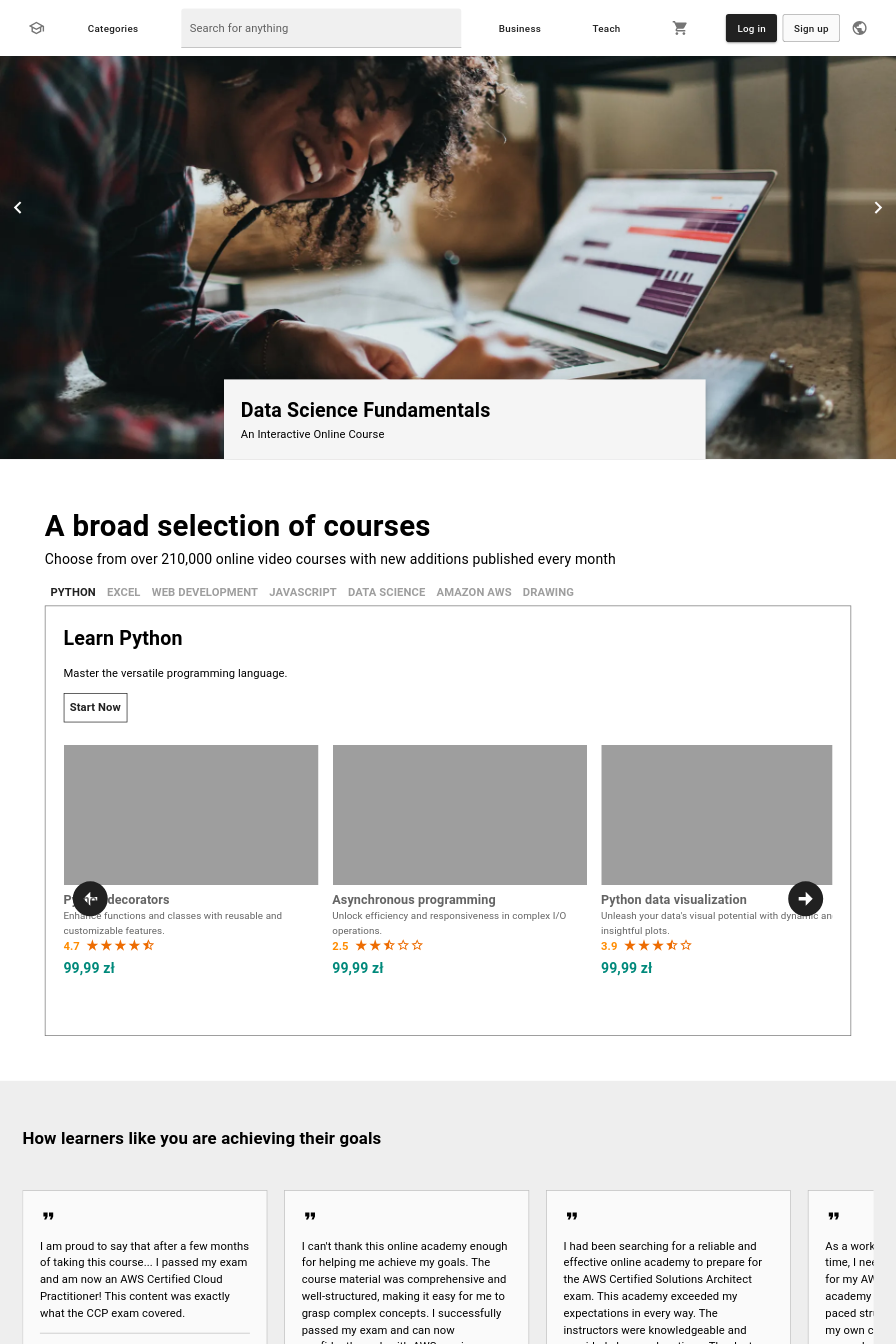
Repository: princ3-web/academy
Page: /
The author's editor kept a copy of each file at every save. The page is drawn from the files as they stood at one save, then again after a run of saves.
The browser window is 1280 px wide. The pictures show the part of the page from y = 0 to 1920 px (the page is 5458 px tall), at 70% of full size.
Pictures or frames that could not be fetched are drawn as grey boxes. The project was rebuilt for these pictures with package versions that can differ from the ones it lists, and the page was loaded fresh each time. Also part of the build but not shown: vite.config.js, src/pages/Courses.jsx, src/pages/Business.jsx, src/pages/Teach.jsx.

Above is the page before, as saved 2023-07-12 16:36:05.

### src/main.jsx
import React from "react";
import ReactDOM from "react-dom/client";
import App from "./App.jsx";
import "./index.css";
import { BrowserRouter } from "react-router-dom";


ReactDOM.createRoot(document.getElementById("root")).render(
  <React.StrictMode>
      <BrowserRouter>
        <App />
      </BrowserRouter>
  </React.StrictMode>
);

### src/App.jsx
import { useState } from "react";
import "./css/App.module.css";
import { Route, Routes } from "react-router-dom";
import Home from "./pages/Home";
import Courses from "./pages/Courses";
import Business from "./pages/Business";
import Teach from "./pages/Teach";
import Navbar from "./components/Navbar";
import Bottombar from "./components/Bottombar";
import { ThemeProvider, createTheme } from "@mui/material/styles";

const theme = createTheme({
  palette: {
    primary: {
      main: "rgba(100, 100, 100, 1)",
      light: "rgba(240, 240, 240, 1)",
      dark: "rgba(15, 15, 15, 1)",
    },
  },
});

function App() {
  return (
    <>
      <ThemeProvider theme={theme}>
        <Navbar />
        <Routes>
          <Route path="/" element={<Home />} />
          <Route path="/Courses" element={<Courses />} />
          <Route path="/Business" element={<Business />} />
          <Route path="/Teach" element={<Teach />} />
        </Routes>
        <Bottombar />
      </ThemeProvider>
    </>
  );
}

export default App;

### src/css/App.module.css
  @import url('https://fonts.googleapis.com/css2?family=Lato&display=swap');

  body{
    font-family: 'Lato', sans-serif;
    margin: 0;
    padding: 0;
    overflow-x: hidden;
  }

### src/components/Navbar.jsx
import React from "react";
import navbarStyles from "../css/Navbar.module.css";
import Button from "@mui/material/Button";
import IconButton from "@mui/material/IconButton";
import ShoppingCartIcon from "@mui/icons-material/ShoppingCart";
import PublicOutlinedIcon from "@mui/icons-material/PublicOutlined";
import SchoolOutlinedIcon from "@mui/icons-material/SchoolOutlined";
import { TextField, Box, Hidden } from "@mui/material";
import { grey } from "@mui/material/colors";
import MobileDrawer from "./MobileDrawer";

const Navbar = () => {
  return (
    <Box className={navbarStyles.navbar} px={4}>
      <MobileDrawer />
      <IconButton>
        <SchoolOutlinedIcon />
      </IconButton>
      <Hidden lgDown>
        <Button variant="text" sx={{ color: grey[900], textTransform: "none", mr: 1 }}>
          Categories
        </Button>
      </Hidden>
      <Hidden lgDown>
        <TextField
          id="standard-basic"
          label="Search for anything"
          variant="filled"
          sx={{ width: "400px" }}
        />
      </Hidden>
      <Hidden lgDown>
        <Button variant="text" sx={{ color: grey[900], textTransform: "none", mr: 1 }}>
          Business
        </Button>
        <Button variant="text" sx={{ color: grey[900], textTransform: "none", mr: 1 }}>
          Teach
        </Button>
      </Hidden>
      <IconButton>
        <ShoppingCartIcon />
      </IconButton>
      <Hidden lgDown>
        <div className={navbarStyles.buttons}>
          <Button
            variant="contained"
            sx={{ backgroundColor: grey[900], textTransform: "none", mr: 1 }}
          >
            Log in
          </Button>
          <Button
            variant="outlined"
            sx={{ backgroundColor: grey[50], textTransform: "none", color: grey[900], mr: 1 }}
          >
            Sign up
          </Button>
          <IconButton>
            <PublicOutlinedIcon />
          </IconButton>
        </div>
      </Hidden>
    </Box>
  );
};

export default Navbar;

### src/components/Bottombar.jsx
import React from "react";
import { Box } from "@mui/material";
import { grey } from "@mui/material/colors";
import { links } from "../data/links";
import { Typography } from "@mui/material";
import SchoolOutlinedIcon from "@mui/icons-material/SchoolOutlined";

const Bottombar = () => {
  return (
    <Box position={"relative"} px={4} py={4} height={"200px"} sx={{ backgroundColor: grey[900] }}>
      <Box sx={{ columnCount: 3, width: "50%" }}>
        <Box display={"flex"} flexDirection={"column"} flexWrap={"wrap"}>
          {links.map((item) => (
            <Typography color={grey[200]}>{item}</Typography>
          ))}
        </Box>
      </Box>
      <Box position={"absolute"} color={grey[200]} sx={{ left: 32, bottom: 15 }}>
        <SchoolOutlinedIcon />
      </Box>
      <Typography position={"absolute"} color={grey[200]} sx={{ right: 32, bottom: 15 }}>
        Academy© 2023
      </Typography>
    </Box>
  );
};

export default Bottombar;

### src/components/SingleCarousel.jsx
import React, { useState, useEffect } from "react";
import singleCarouselStyles from "../css/SingleCarousel.module.css";
import Image from "../components/Image";
import KeyboardArrowLeftIcon from "@mui/icons-material/KeyboardArrowLeft";
import KeyboardArrowRightIcon from "@mui/icons-material/KeyboardArrowRight";
import IconButton from "@mui/material/IconButton";
import Box from "@mui/material/Box";
import { grey } from "@mui/material/colors";
import Typography from "@mui/material/Typography";

const SingleCarousel = ({ images }) => {
  const [index, setIndex] = useState(0);
  const [transition, setTransition] = useState(false);
  const [hover, setHover] = useState(false);

  useEffect(() => {
    const interval = setInterval(() => {
      if (!hover) {
        setIndex((state) => (state === images.length - 1 ? 0 : state + 1));
      }
    }, 6000);

    return () => {
      clearInterval(interval);
    };
  }, [hover]);

  const handlePrevious = () => {
    if (!transition) {
      setTransition(true);
      setIndex((state) => (state > 0 ? setIndex(state - 1) : setIndex(images.length - 1)));
      setTimeout(() => setTransition(false), 500);
    }
  };

  const handleNext = () => {
    if (!transition) {
      setTransition(true);
      setIndex((state) => (state < images.length - 1 ? setIndex(state + 1) : setIndex(0)));
      setTimeout(() => setTransition(false), 500);
    }
  };

  return (
    <Box
      className={singleCarouselStyles.slider}
      height={"80vh"}
      sx={{ position: "relative", overflow: "hidden" }}
    >
      {images.map((item, n) => (
        <Box
          sx={{
            position: "absolute",
            justifyContent: "center",
            alignContent: "center",
            width: "100%",
            height: "80vh",
            transition: "0.5s",
            filter: n === index ? "Opacity(1)" : "Opacity(0)",
          }}
        >
          <Image
            src={item.image}
            height={"80vh"}
            objectFit={"cover"}
          />
          <Box
            p={3}
            sx={{
              position: "absolute",
              bottom: 0,
              left: "25%",
              zIndex: 1,
              boxShadow: 10,
              width: "50%",
              backgroundColor: grey[100],
            }}
          >
            <Typography fontSize={28} fontWeight={600}>
              {item.name}
            </Typography>
            <Typography fontSize={16}>{item.description}</Typography>
          </Box>
        </Box>
      ))}
      <div className={singleCarouselStyles.arrows}>
        <IconButton
          onClick={handlePrevious}
          onMouseOver={() => setHover(true)}
          onMouseLeave={() => setHover(false)}
        >
          <KeyboardArrowLeftIcon
            fontSize="large"
            style={{ color: grey[50] }}
            className={singleCarouselStyles.arrow}
          />
        </IconButton>
        <IconButton
          onClick={handleNext}
          onMouseOver={() => setHover(true)}
          onMouseLeave={() => setHover(false)}
        >
          <KeyboardArrowRightIcon
            fontSize="large"
            style={{ color: grey[50] }}
            className={singleCarouselStyles.arrow}
          />
        </IconButton>
      </div>
    </Box>
  );
};

export default SingleCarousel;

### src/data/testimonials.jsx
export const testimonials = [
  {
    name: "J. Wills",
    text: "I am proud to say that after a few months of taking this course... I passed my exam and am now an AWS Certified Cloud Practitioner! This content was exactly what the CCP exam covered.",
  },
  {
    name: "L. Thompson",
    text: "I can't thank this online academy enough for helping me achieve my goals. The course material was comprehensive and well-structured, making it easy for me to grasp complex concepts. I successfully passed my exam and can now confidently work with AWS services.",
  },
  {
    name: "A. Rodriguez",
    text: "I had been searching for a reliable and effective online academy to prepare for the AWS Certified Solutions Architect exam. This academy exceeded my expectations in every way. The instructors were knowledgeable and provided clear explanations. Thanks to their guidance, I cleared the exam with flying colors!",
  },
  {
    name: "S. Patel",
    text: "As a working professional with limited time, I needed a flexible learning option for my AWS certification. This online academy provided exactly that. The self-paced structure allowed me to study at my own convenience, and the practice exams helped me assess my progress. I'm thrilled to have earned my AWS Certified Developer certification.",
  },
  {
    name: "E. Thompson",
    text: "I highly recommend this online academy to anyone aspiring to become an AWS Certified SysOps Administrator. The course materials were comprehensive, and the hands-on labs provided valuable practical experience. The instructors were responsive to questions, ensuring a supportive learning environment. I'm proud to have achieved my certification!",
  },
  {
    name: "M. Adams",
    text: "Enrolling in this online academy was the best decision I made to advance my career in cloud computing. The instructors' expertise and teaching style made complex AWS topics easy to understand. The interactive learning platform and engaging videos kept me motivated throughout the course. I'm now an AWS Certified Solutions Architect and couldn't be happier!",
  },
];

### src/data/images.jsx
import image0 from "../assets/images/image0.webp";
import image1 from "../assets/images/image1.webp";
import image2 from "../assets/images/image2.webp";
import image3 from "../assets/images/image3.webp";
import image4 from "../assets/images/image4.webp";
import image5 from "../assets/images/image5.webp";

export const images = [
    {
      name: "Mastering Web Development",
      description: "A Comprehensive Online Guide",
      image: image0,
    },
    {
      name: "Data Science Fundamentals",
      description: "An Interactive Online Course",
      image: image1,
    },
    {
      name: "Cybersecurity Essentials",
      description: "Online Training for Secure Networks",
      image: image2,
    },
    {
      name: "Mobile App Development",
      description: "Learn to Build for iOS and Android Online",
      image: image3,
    },
    {
      name: "Cloud Computing Mastery",
      description: "Online Course for AWS, Azure, and Google Cloud",
      image: image4,
    },
    {
      name: "Artificial Intelligence and Machine Learning",
      description: "Online Training for Future Innovators",
      image: image5,
    },
  ];

### src/data/categories.jsx
import business from "../assets/icons/business.png";
import photography from "../assets/icons/photography.png";
import development from "../assets/icons/development.png";
import marketing from "../assets/icons/marketing.png";
import design from "../assets/icons/design.png";
import music from "../assets/icons/music.png";
import personalDevelopment from "../assets/icons/personalDevelopment.png";
import software from "../assets/icons/software.png";

export const categories = [
  {
    name: "Design",
    icon: design,
    students: 387521,
    array: ["Photoshop", "Graphic Design", "Drawing"],
  },
  {
    name: "Development",
    icon: development,
    students: 908734,
    array: ["Python", "Web Development", "Machine learning"],
  },
  {
    name: "Marketing",
    icon: marketing,
    students: 621042,
    array: ["PR", "Branding", "Online marketing"],
  },
  {
    name: "IT and Software",
    icon: software,
    students: 451293,
    array: ["Amazon AWS", "Ethical Hacking", "Cyber Security"],
  },
  {
    name: "Personal Development",
    icon: personalDevelopment,
    students: 743985,
    array: ["Leadership", "Happiness", "Creativity"],
  },
  {
    name: "Business",
    icon: business,
    students: 589723,
    array: ["Financial Analysis", "SQL", "PMP"],
  },
  {
    name: "Photography",
    icon: photography,
    students: 324567,
    array: ["Portrait photography", "Landscape photography", "Video photography"],
  },
  {
    name: "Music",
    icon: music,
    students: 870234,
    array: ["Instruments", "Vocal", "Music production"],
  },
];

### src/components/TestimonialCard.jsx
import React from "react";
import { Box, Typography } from "@mui/material";
import { grey } from "@mui/material/colors";
import FormatQuoteIcon from "@mui/icons-material/FormatQuote";

const TestimonialCard = ({ width, name, text }) => {
  return (
    <Box sx={{ width: width, backgroundColor: grey[50], border: "1px solid" + grey[400] }} p={3} my={3} mr={3}>
      <FormatQuoteIcon />
      <Typography fontSize={16} mt={2}>
        {text}
      </Typography>
      <Box my={2} sx={{ borderTop: "1px solid" + grey[400] }}></Box>
      <Typography fontSize={18} fontWeight={600}>
        {name}
      </Typography>
    </Box>
  );
};

TestimonialCard.defaultProps = {
  width: 300,
};

export default TestimonialCard;

### src/components/Image.jsx
import React from "react";
import image from "../assets/icons/image.png";
import { Box } from "@mui/material";

const Image = ({width, height, src, objectFit }) => (
  <Box>
    <img src={src} style={{ objectFit: objectFit, height: height, width: width }} alt="" />
  </Box>
);

Image.defaultProps = {
  src: image,
  objectFit: "cover",
  width: "100%",
  height: "100%",
};

export default Image;

### src/components/OpinionCard.jsx
import { Typography } from "@mui/material";
import React from "react";
import AccountCircleIcon from "@mui/icons-material/AccountCircle";
import { Box } from "@mui/material";
import FormatQuoteIcon from "@mui/icons-material/FormatQuote";
import Button from "@mui/material/Button";
import { green, grey } from "@mui/material/colors";
import faceFemale from "../assets/icons/faceFemale.png";
import faceMale from "../assets/icons/faceMale.png";
import Image from "./Image";

const OpinionCard = ({ name, text, role, gender, workplace }) => {
  return (
    <Box display={"flex"} justifyContent={"space-between"} width={"60vw"} px={4}>
      <Box
        width={"50%"}
        display={"flex"}
        flexDirection={"column"}
        alignItems={"flex-start"}
        justifyContent={"space-between"}
      >
        <FormatQuoteIcon />
        <Typography>{text}</Typography>
        <Button>
          <Typography color={grey[900]}>Read full story</Typography>
        </Button>
      </Box>
      <Box
        width={"50%"}
        display={"flex"}
        flexDirection={"column"}
        alignItems={"center"}
        justifyContent={"center"}
      >
        <Box borderRadius={"100%"} overflow={"hidden"}>
          <Image src={gender === "female" ? faceFemale : faceMale} width={150} />
        </Box>
        <Typography fontSize={20} fontWeight={600}>
          {name}
        </Typography>
        <Typography color={grey[600]}> {role}</Typography>
        <Typography>{workplace}</Typography>
      </Box>
    </Box>
  );
};

export default OpinionCard;

### src/data/opinions.jsx
export const opinions = [
  {
    name: "Jane Hemgen",
    gender: "female",
    role: "Principal",
    workplace: "TechLink Industries",
    text: "Thanks to Academy Business, TechLink Industries has armed our workforce with highly relevant and in-demand tech skills, enabling consultants to stay ahead of big data trends and meet client demand.",
  },
  {
    name: "Michael Reynolds",
    gender: "male",
    role: "Software Engineer",
    workplace: "InnovateTech Solutions",
    text: "Academy Business has been a game-changer for our engineering teams at InnovateTech Solutions. The platform offers a vast array of courses covering the latest technologies, allowing our engineers to upskill and deliver innovative solutions.",
  },
  {
    name: "Emily Thompson",
    gender: "female",
    role: "Marketing Manager",
    workplace: "Globex Corporation",
    text: "Academy Business has been instrumental in upskilling our marketing team at Globex Corporation. The courses on digital marketing strategies and analytics have helped us stay ahead in a highly competitive industry.",
  },
  {
    name: "David Ramirez",
    gender: "male",
    role: "Product Manager",
    workplace: "InnovaTech",
    text: "Academy Business has become our go-to platform for professional development at InnovaTech. The courses on agile methodologies and product management have empowered our teams to deliver high-quality software products.",
  },
  {
    name: "Sophia Chen",
    gender: "female",
    role: "Data Analyst",
    workplace: "DataTech Solutions",
    text: "As a data analyst at DataTech Solutions, I rely on Academy Business to stay updated with the latest data analysis techniques and tools. The platform's courses have helped me enhance my skills and make more informed data-driven decisions.",
  },
  {
    name: "Daniel Lee",
    gender: "male",
    role: "UX Designer",
    workplace: "PixelWave Technologies",
    text: "Academy Business has been a valuable resource for our UX design team at PixelWave Technologies. The platform offers a wide range of courses on user research, interaction design, and prototyping tools, allowing our designers to deliver exceptional user experiences.",
  },
];

### src/css/Navbar.module.css
.navbar {
  display: flex;
  align-items: center;
  justify-content: space-between;
  box-sizing: border-box;
  background-color: var(--gray-50);
  height: 5rem;
  width: 100%;
}


.buttons {
  display: flex;
}

### src/components/MobileDrawer.jsx
import React, { useState } from "react";
import { Box, Drawer, List, ListItem, ListItemIcon, ListItemText, Hidden } from "@mui/material";
import MenuIcon from "@mui/icons-material/Menu";

const MobileDrawer = () => {
  const [isDrawerOpen, setIsDrawerOpen] = useState(false);

  const handleDrawerToggle = () => {
    setIsDrawerOpen(!isDrawerOpen);
  };

  return (
    <Hidden smUp>
      <Box>
        <button onClick={handleDrawerToggle}>
          <MenuIcon />
        </button>
        <Drawer anchor="left" open={isDrawerOpen} onClose={handleDrawerToggle}>
          <List>
            <ListItem button>
              <ListItemIcon>{/* Add icon here */}</ListItemIcon>
              <ListItemText primary="Item 1" />
            </ListItem>
          </List>
        </Drawer>
      </Box>
    </Hidden>
  );
};

export default MobileDrawer;

### src/data/links.jsx
export const links = [
    "Academy Business",
    "Teach on Academy",
    "Get the app",
    "About us",
    "Contact us",
    "Careers",
    "Blog",
    "Help and Support",
    "Affiliate",
    "Investors",
    "Terms",
    "Privacy policy",
    "Sitemap",
    "Accessibility statement"
]

### src/css/SingleCarousel.module.css

.arrows {
  position: absolute;
  display: flex;
  justify-content: space-between;
  align-items: center;
  align-self: center;
  position: absolute;
  z-index: 100;
  width: 100%;
  height: 60vh;
  left: 0%;
  top: 0%;
}

.arrow {
  cursor: pointer;
}

### src/components/StarRating.jsx
import React from "react";
import StarOutlineIcon from "@mui/icons-material/StarOutline";
import StarRateIcon from "@mui/icons-material/StarRate";
import StarHalfIcon from "@mui/icons-material/StarHalf";

const StarRating = ({ rating }) => {
  const stars = [];

  // Create an array of five stars
  for (let i = 1; i <= 5; i++) {
    let starIcon;
    if (i <= rating) {
      starIcon = <StarRateIcon color="warning" fontSize="small" />;
    } else if (i - rating <= 0.5) {
      starIcon = <StarHalfIcon color="warning" fontSize="small" />;
    } else {
      starIcon = <StarOutlineIcon color="warning" fontSize="small" />;
    }

    stars.push(starIcon);
  }

  return <div>{stars}</div>;
};

export default StarRating;

### src/components/CourseCardTooltip.jsx
import React, { useRef } from "react";
import { Box } from "@mui/material";
import { grey, teal } from "@mui/material/colors";
import { Typography } from "@mui/material";

const CourseCardTooltip = ({ display, placement, title, text }) => {
  return (
    <Box
      width={250}
      position={"absolute"}
      display={display}
      border={"1px solid" + grey[600]}
      sx={{ backgroundColor: grey[50], boxShadow: 3 }}
      right={"5%"}
      top={0}
      zIndex={1}
      p={2}
    >
      <Typography fontSize={24} fontWeight={600} mb={1}>
        {title}
      </Typography>
      <Typography fontSize={12} fontWeight={600} color={teal[600]}>
        Updated February 2023
      </Typography>
      <Typography fontSize={14} color={grey[600]}>
        9.5 total hours · All Levels · Subtitles
      </Typography>
      <Typography fontSize={16} my={1}>
        {text}
      </Typography>
    </Box>
  );
};

export default CourseCardTooltip;

Loaded but not shown: index.html (common file); src/pages/Home.jsx (207 lines, source omitted); src/data/courses.jsx (185 lines, source omitted); src/components/MultipleCarousel.jsx (105 lines, source omitted); src/components/CourseCard.jsx (75 lines, source omitted); src/index.css (no stored copy; drawn as an empty file)

After the next 3 saves:
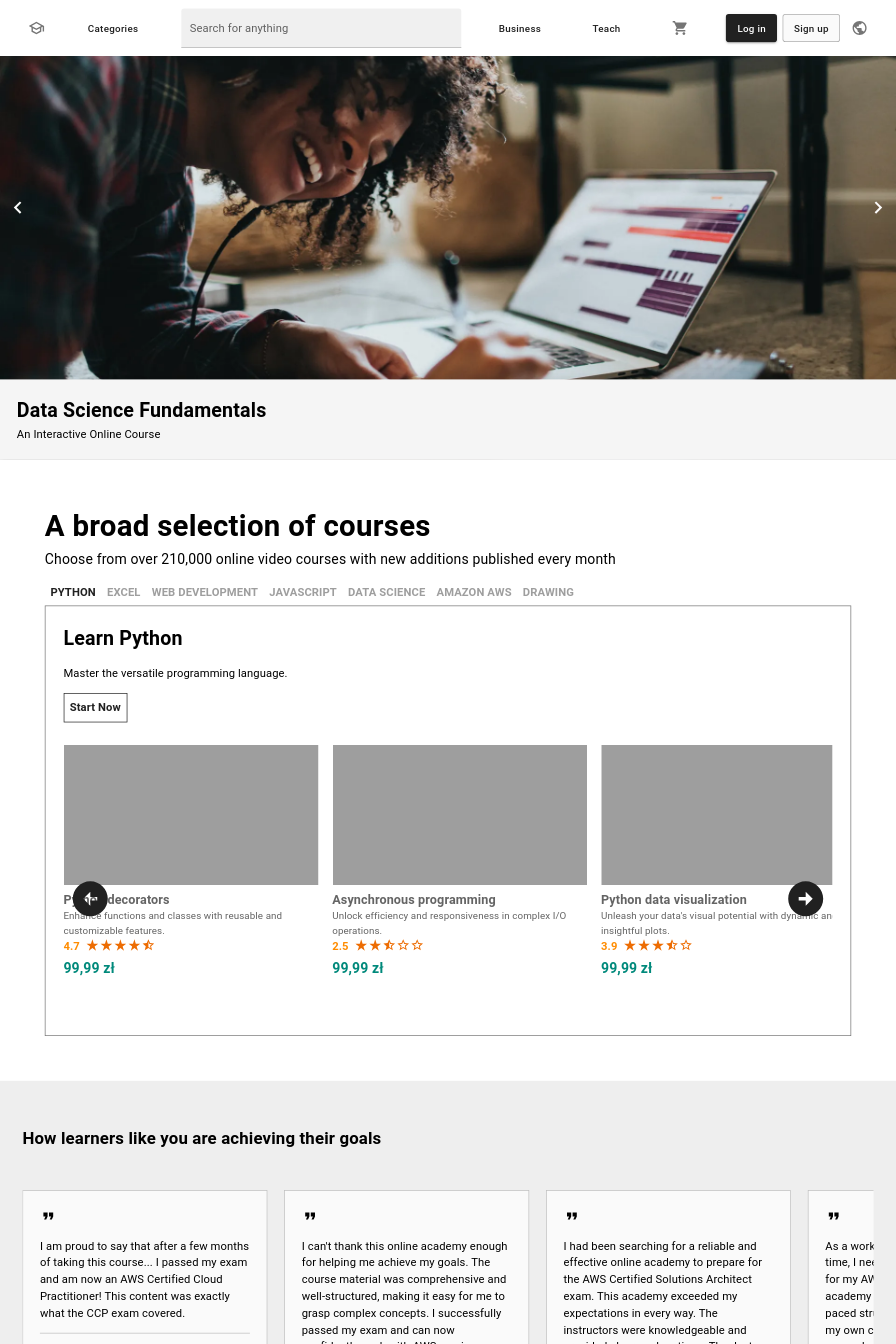
The 3 saves are shown as one change because they came seconds apart.
The last was saved 12 s later.
--- a/src/components/SingleCarousel.jsx
+++ b/src/components/SingleCarousel.jsx
@@ -69,10 +69,9 @@
             sx={{
               position: "absolute",
               bottom: 0,
-              left: "25%",
               zIndex: 1,
               boxShadow: 10,
-              width: "50%",
+              width: "100%",
               backgroundColor: grey[100],
             }}
           >
